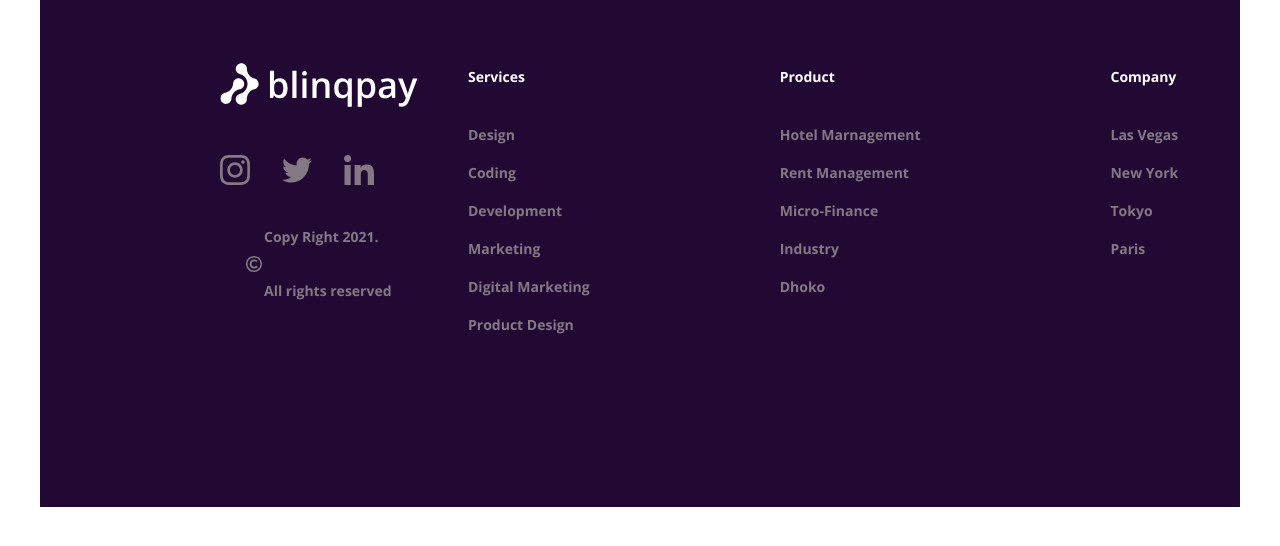
Repository: jabbarbergenoov/mobile-bling-py
Page: idnex.html
These files come from the project's save history. The page is drawn as it stood at one moment and after the next save; the edit follows.
The browser window is 1280 px wide. The pictures show the whole page.

Above is the page before, as saved 2025-04-17 19:04:01.

After the next save:
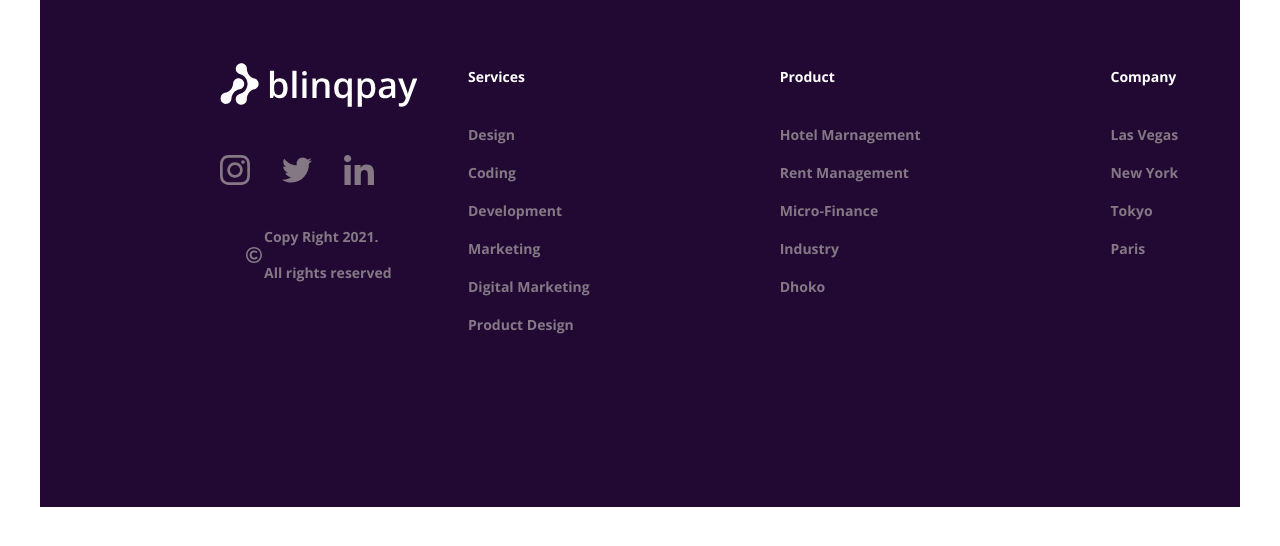
Saved 5 s later.
--- a/idnex.html
+++ b/idnex.html
@@ -29,7 +29,7 @@
                   </div>
                   <div class="gh">
                   <img src="./images/c.svg" alt="" class="iimg2">
-                  <p class="ssd">Copy Right 2021. <br><br><br>All rights reserved</p>
+                  <p class="ssd">Copy Right 2021. <br><br>All rights reserved</p>
                   </div>
                 </div>
                 <div class="boxes">
